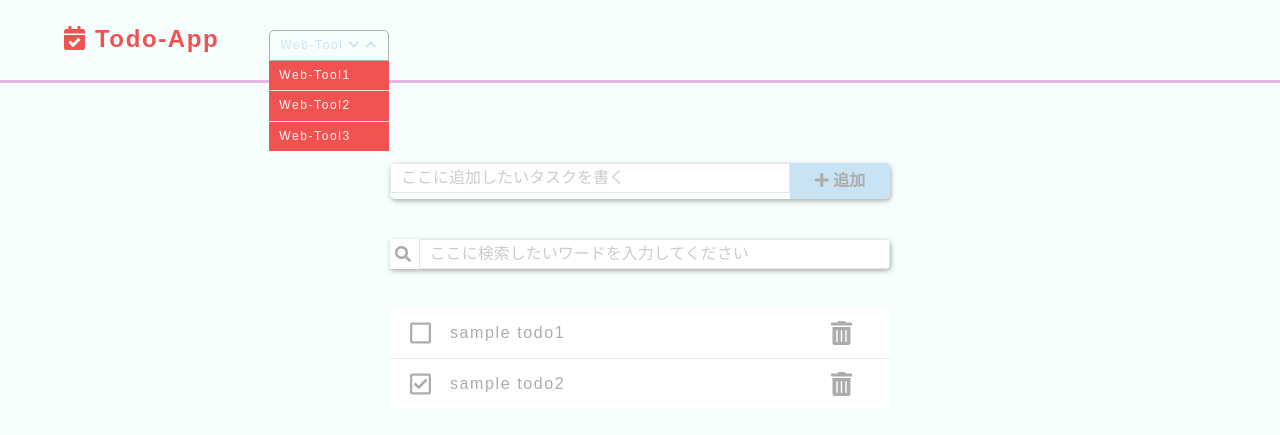
Repository: Hiroshii-m/todo_vue
Page: index.html
These files come from the project's save history. The page is drawn as it stood at one moment and after the next save; the edit follows.
The browser window is 1280 px wide. The pictures show the whole page.
The style sheet was rebuilt from its Sass, Less or Tailwind sources for each picture, by a compiler version that may differ from the author's.

Above is the page before, as saved 2021-06-26 21:09:13.

### index.html
<!DOCTYPE html>
<html lang="ja">
<head>
    <meta charset="UTF-8">
    <meta http-equiv="X-UA-Compatible" content="IE=edge">
    <meta name="viewport" content="width=device-width, initial-scale=1.0">
    <link rel="stylesheet" href="node_modules/@fortawesome/fontawesome-free/css/all.css">
    <link rel="stylesheet" href="dist/css/style.css">
    <title>TODO APP Vue</title>
</head>
<body class="u-bgColor-base">

    <!-- header -->
    <header id="l-header" class="u-border-bottom">
        <div class="c-header">
            <h2 class="c-header__home">
                <i class="fas fa-calendar-check"></i>
                <a class="c-header__text" href="">Todo-App</a>
            </h2>
            <h3 class="c-header__other">
                <div class="c-header__menu active">
                    Web-Tool
                    <i class="fas fa-chevron-down"></i>
                    <i class="fas fa-chevron-up"></i>
                </div>
                <ul class="c-header__subitem active">
                    <li class="c-header__item">
                        <a href="">Web-Tool1</a>
                    </li>
                    <li class="c-header__item">
                        <a href="">Web-Tool2</a>
                    </li>
                    <li class="c-header__item">
                        <a href="">Web-Tool3</a>
                    </li>
                </ul>
            </h3>
        </div>
    </header><!-- /header -->

    <!-- main -->
    <section id="l-main">
        <div class="c-main">
            <div id="l-addTask">
                <div class="c-addTask">
                    <input type="text" class="c-addTask__input" placeholder="ここに追加したいタスクを書く">
                    <button class="c-addTask__add">
                        <i class="fas fa-plus"></i>
                        追加
                    </button>
                </div>
            </div>
            <div id="l-search">
                <div class="c-search">
                    <i class="fas fa-search c-search__icon"></i>
                    <input type="text" class="c-search__input" placeholder="ここに検索したいワードを入力してください">
                </div>
            </div>
            <div id="l-list">
                <ul class="c-list">
                    <li class="c-list__item">
                        <i class="far fa-square c-list__icon"></i>
                        <span class="c-list__text">sample todo1</span>
                        <i class="fas fa-trash-alt c-list__icon"></i>
                    </li>
                    <li class="c-list__item">
                        <i class="far fa-check-square c-list__icon"></i>
                        <span class="c-list__text">sample todo2</span>
                        <i class="fas fa-trash-alt c-list__icon"></i>
                    </li>
                </ul>
            </div>
        </div>
    </section><!-- /main -->

</body>
</html>

### src/scss/style.scss

// ======================================
// foundation
// ======================================
@use 'foundation/reset';
@use 'foundation/variables';
@use 'foundation/base';
// ======================================
// layout
// ======================================
#l-header {
    width: 100%;
}
#l-main {
    padding: 80px;
}
#l-addTask {
    margin-bottom: var(--space_3l);
}
#l-search {
    margin-bottom: var(--space_3l);
}
// ======================================
// object
// ======================================
// Component
// **************************************
.c-header {
    width: 90%;
    height: 80px;
    margin: 0 auto;
    display: flex;
    &__home {
        margin-right: 50px;
        font-weight: bold;
        color: var(--color_red);
        font-size: var(--font-size_xl);
        padding: var(--space_xl) 0;
    }
    &__other {
        font-size: var(--font-size_s);
        cursor: pointer;
        margin-top: 30px;
    }
    &__menu {
        padding: var(--space_s) var(--space_m);
        border: 1px solid var(--font-color_default);
        border-radius: 5px;
        &.active {
            border-radius: 5px 5px 0 0;
            color: var(--color_sky);
        }
    }
    &__subitem {
        display: none;
        &.active {
            display: block;
        }
    }
    &__item {
        color: #fff;
        background: var(--color_red);
        padding: var(--space_s) var(--space_m);
        border-bottom: 1px solid var(--border-color_default);
        &:last-child {
            border-bottom: none;
        }
        &:hover {
            background: var(--color_pale);
        }
    }
}
.c-main {
    width: var(--site-width_xxl);
    margin: 0 auto;
}
.c-task {
    max-width: 500px;
    margin: 0 auto;
    display: flex;
    &__input {
        height: 100%;
        padding: 5px 10px;
        border: 1px solid var(--border-color_default);
        box-sizing: border-box
    }
    &__icon {
        width: 30px;
        padding: var(--space_s);
    }
}
.c-addTask {
    @extend .c-task;
    border-radius: 5px;
    box-shadow: 1px 2px 5px 0px;
    overflow: hidden;
    &__input {
        @extend .c-task__input;
        width: 80%;
    }
    &__add {
        width: 20%;
        text-align: center;
        background: var(--color_sky);
        padding: var(--space_s) var(--space_m);
        font-weight: bold;
    }
}
.c-search {
    @extend .c-task;
    border-radius: 0 5px 5px 0;
    box-shadow: 1px 2px 5px 0px;
    overflow: hidden;
    background: #fff;
    align-items: center;
    &__icon {
        @extend .c-task__icon;
    }
    &__input {
        @extend .c-task__input;
    }
}
.c-list {
    &__item {
        @extend .c-task;
        height: 50px;
        background: #fff;
        padding: var(--space_s) var(--space_l);
        border-bottom: 1px solid var(--border-color_default);
        align-items: center;
        &:last-child {
            border-bottom: none;
        }
    }
    &__icon {
        @extend .c-task__icon;
        font-size: var(--font-size_xl);
    }
    &__text {
        width: 80%;
        margin-left: var(--space_l);
        cursor: pointer;
    }
}
// Project
// **************************************
// Utility
// **************************************
.u-border {
    &-bottom {
        border-bottom: 3px solid var(--color_accent);
    }
}
.u-bgColor {
    &-base {
        background: var(--color_base);
    }
}

### src/scss/foundation/_variables.scss
:root {
    --font-color_default: #acacac;
    --color_base: #F7FFFE;
    --color_accent: #E3B6E5;
    --color_sky: #C8E4F4;
    --color_red: #F05252;
    --border-color_default: #E6E6E6;
    --color_pale: #FCBAAE;


    --site-width_xxl: 980px;
    --site-width_xl: 780px;
    --site-width_md: 580px;
    --site-width_ms: 414px;

    --font-size_s: 12px;
    --font-size_m: 14px;
    --font-size_default: 16px;
    --font-size_l: 18px;
    --font-size_xl: 24px;
    --font-size_xxl: 28px;
    --font-size_3l: 38px;


    --space_s: 5px;
    --space_m: 10px;
    --space_l: 15px;
    --space_xl: 20px;
    --space_xxl: 30px;
    --space_3l: 40px;

    --font-family_default: "メイリオ", sans-serif;
}

### src/scss/foundation/_base.scss
html, body {
    width: 100%;
    color: var(--font-color_default);
    line-height: 1.6;
    font-family: var(--font-family_default);
    letter-spacing: 0.1em;
}

p, a {
    -webkit-font-smoothing: antialiased;
}

img {
    width: 100%;
    height: 100%;
    vertical-align: bottom;
    object-fit: cover;
}

input {
    display: block;
    width: 100%;
    background: #fff;
}

textarea {
    resize: vertical;
    height: 30px;
}

::placeholder {
    color: #ccc;
}

iframe {
    width: 100%;
}

i {
    cursor: pointer;
}

Loaded but not shown: node_modules/@fortawesome/fontawesome-free/css/all.css (library); src/scss/foundation/_reset.scss (common file)

After the next save:
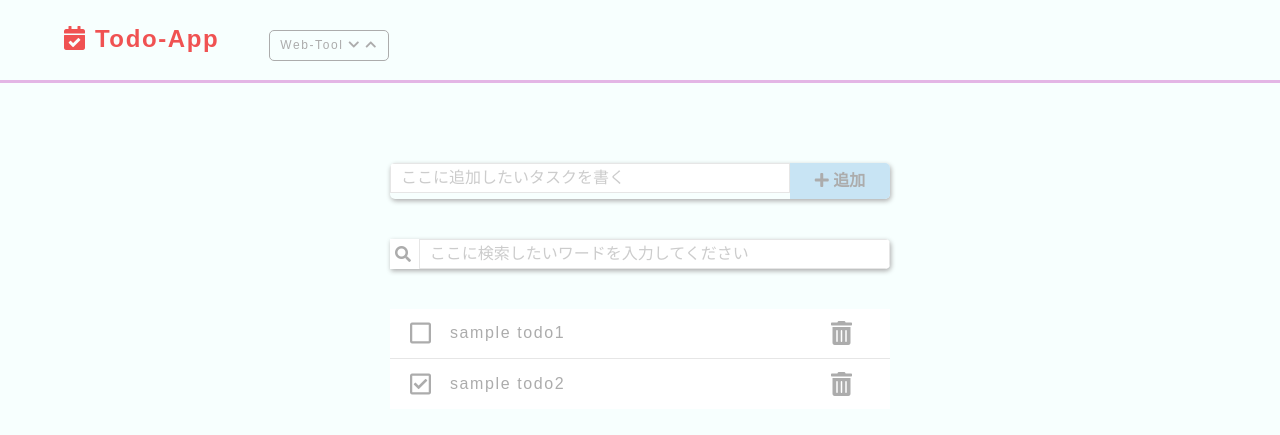
Saved 43 s later.
--- a/index.html
+++ b/index.html
@@ -18,12 +18,12 @@
                 <a class="c-header__text" href="">Todo-App</a>
             </h2>
             <h3 class="c-header__other">
-                <div class="c-header__menu active">
+                <div class="c-header__menu ">
                     Web-Tool
                     <i class="fas fa-chevron-down"></i>
                     <i class="fas fa-chevron-up"></i>
                 </div>
-                <ul class="c-header__subitem active">
+                <ul class="c-header__subitem ">
                     <li class="c-header__item">
                         <a href="">Web-Tool1</a>
                     </li>

After the save that followed:
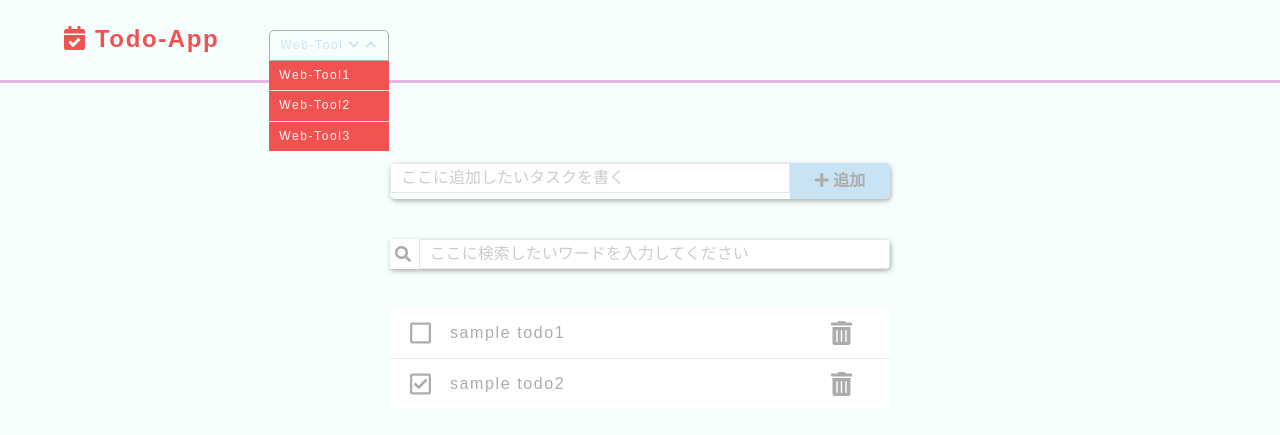
Saved 5 s later.
--- a/index.html
+++ b/index.html
@@ -18,12 +18,12 @@
                 <a class="c-header__text" href="">Todo-App</a>
             </h2>
             <h3 class="c-header__other">
-                <div class="c-header__menu ">
+                <div class="c-header__menu active">
                     Web-Tool
                     <i class="fas fa-chevron-down"></i>
                     <i class="fas fa-chevron-up"></i>
                 </div>
-                <ul class="c-header__subitem ">
+                <ul class="c-header__subitem active">
                     <li class="c-header__item">
                         <a href="">Web-Tool1</a>
                     </li>
